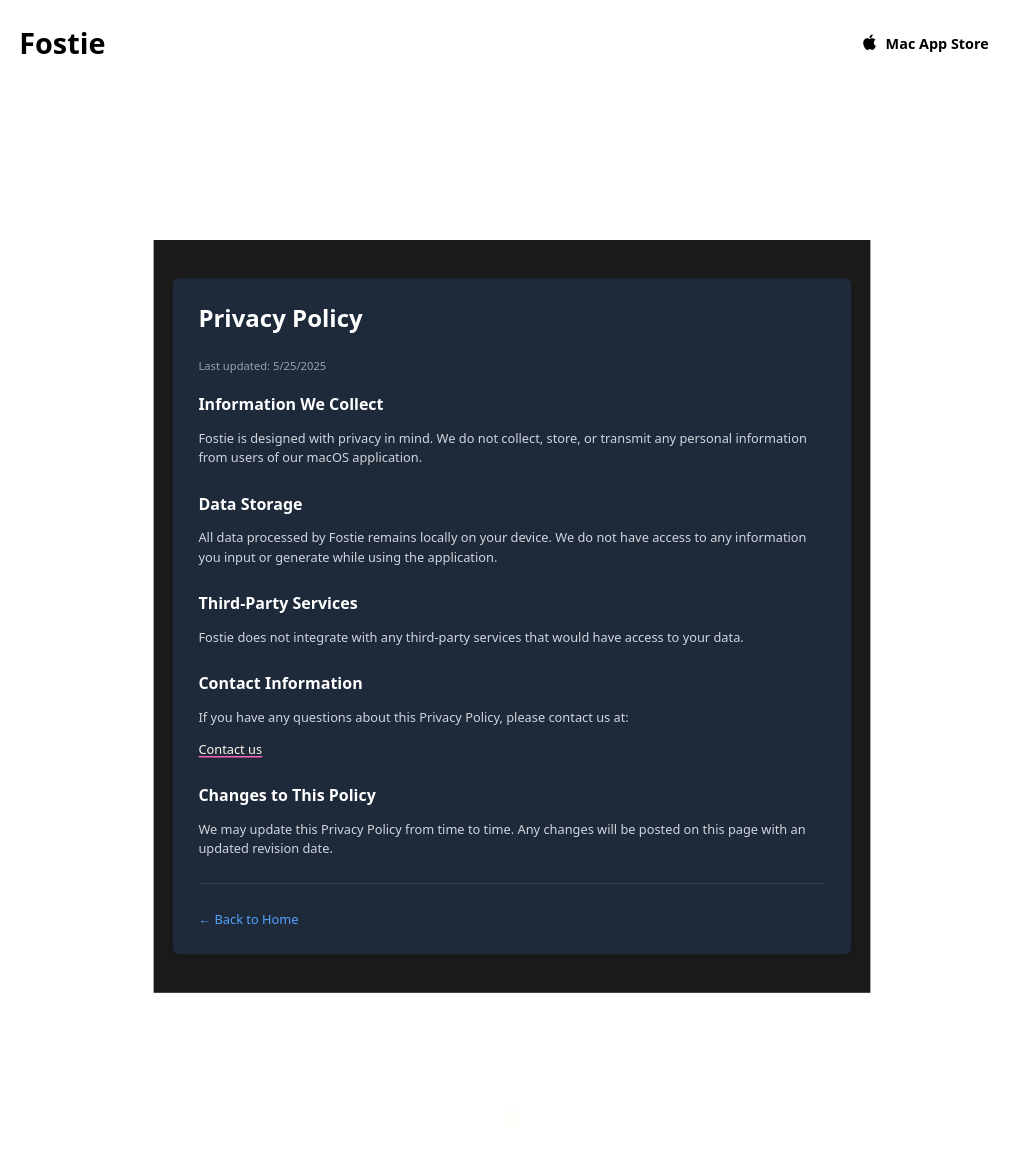
Repository: atimael/fostie-web
Page: /privacy
The author's editor kept a copy of each file at every save. The page is drawn from the files as they stood at one save, then again after the next save.
The browser window is 1280 px wide. The pictures show the whole page, at 80% of full size.
The project was rebuilt for these pictures with package versions that can differ from the ones it lists, and the page was loaded fresh each time. The framework's server and built-in components were replaced by stand-ins that run in the browser. Also part of the build but not shown: next.config.js.

Above is the page before, as saved 2025-05-28 21:46:02.

After the next save:
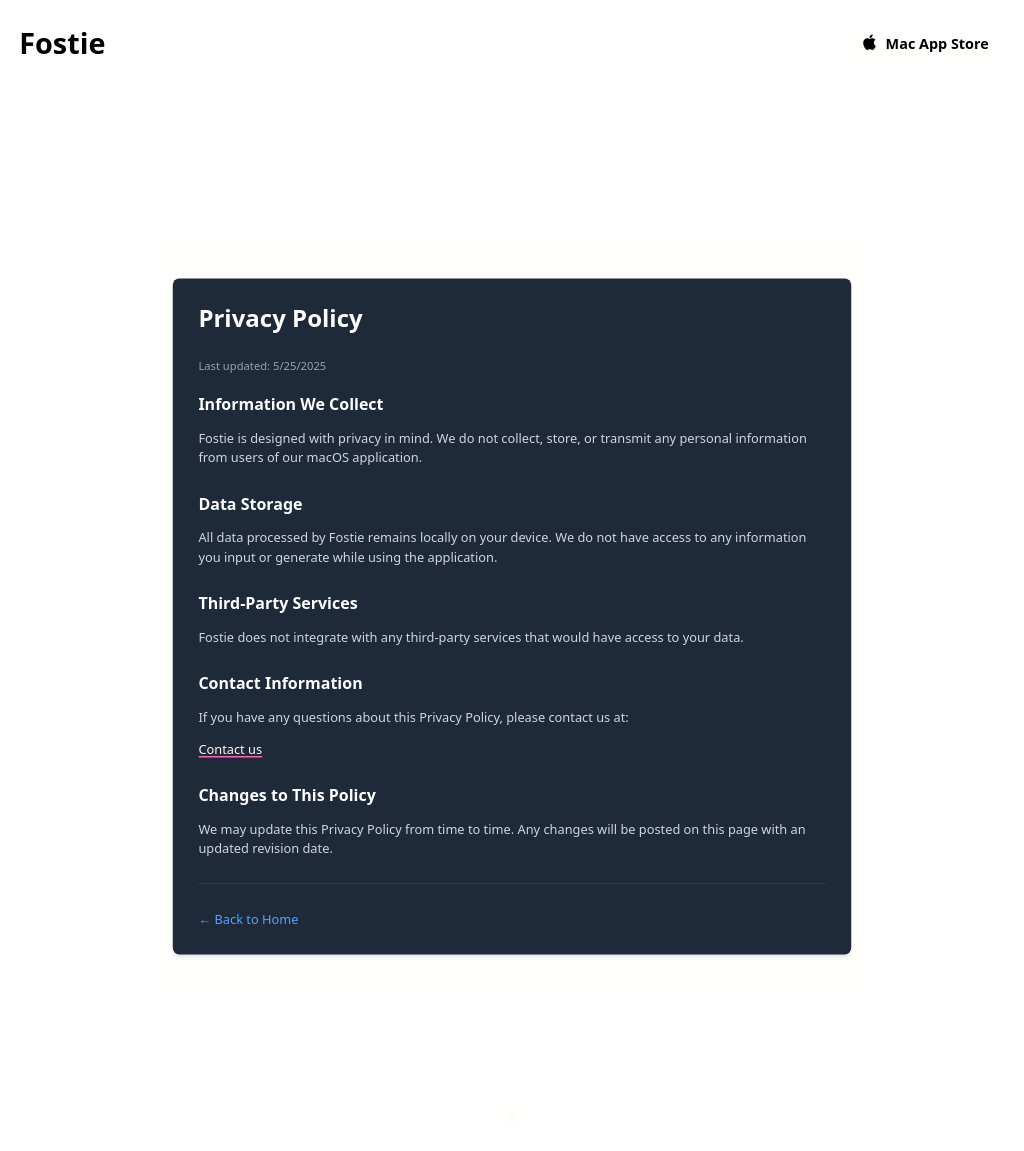
Saved 40 s later.
--- a/app/privacy/page.tsx
+++ b/app/privacy/page.tsx
@@ -2,7 +2,7 @@
   const currentYear = new Date().getFullYear();
 
   return (
-    <main className="min-h-screen bg-gray-50 dark:bg-custom-dark">
+    <main className="min-h-screen bg-orange-50/5">
       <div className="max-w-4xl mx-auto px-6 py-12">
         <div className="bg-white dark:bg-gray-800 rounded-lg shadow-md p-8">
           <h1 className="text-3xl font-bold text-gray-900 dark:text-white mb-8">
